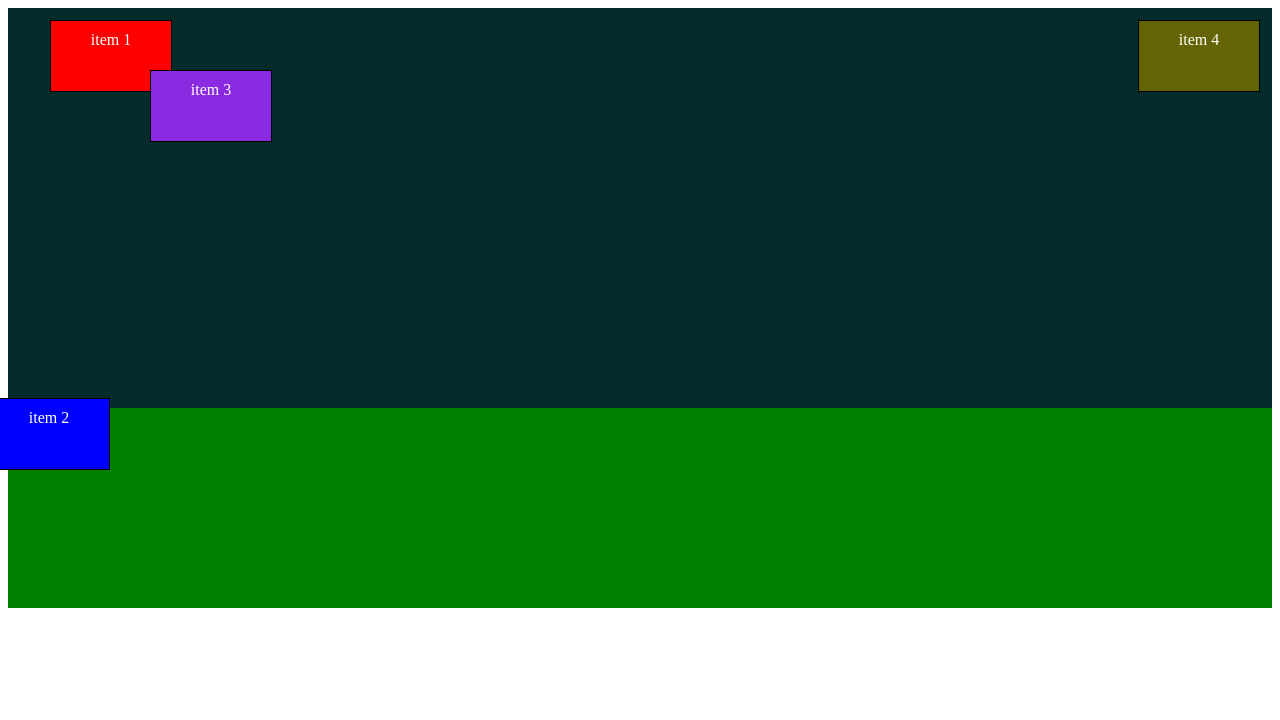
Repository: nmaury/TpsCambodge
Page: InternetProgramming/Css/sample.html
These files come from the project's save history. The page is drawn as it stood at one moment and after the next save; the edit follows.
The browser window is 1280 px wide. The pictures show the whole page.

Above is the page before, as saved 2022-12-06 02:49:27.

### InternetProgramming/Css/sample.html
<!DOCTYPE html>
<html>
<head>
    <link rel="stylesheet" href="sample.css">
</head>
<body>
    <div class = "grand-parent">
    <div class="parent">
        <div class="item item1">item 1
        </div>
        <div class="item item3">item 3
        </div>
        <div class="item item4">item 4
        </div>
    </div>
    <div class="parent2">
        <div class="item item2">item 2
        </div>
    </div>
</div>
</body>
</html>

### InternetProgramming/Css/sample.css
.item{
    background-color: rgb(100,100,4);
    padding : 10px;
    width: 100px;
    height: 50px;
    color: white;
    text-align: center;
    position: absolute;
    border: 1px solid black;
}
.item1{
    background-color: red;
    left: 50px;
    top: 20px;
}
.item2{
    background-color: blue;
    right: 20px;
    bottom: 10px;
    position: relative;
    align-self: flex-end;
}
.item3{
    background-color: blueviolet;
    left: 150px;
    top: 70px;
}
.item4{
    position: fixed;
    right: 20px;
    top: 20px;
}
.parent{
    background-color: rgb(6,43,43);
    width: 100%;
    height: 400px;
}
.parent2{
    background-color: green;
    width: 100%;
    height: 200px;
}

After the next save:
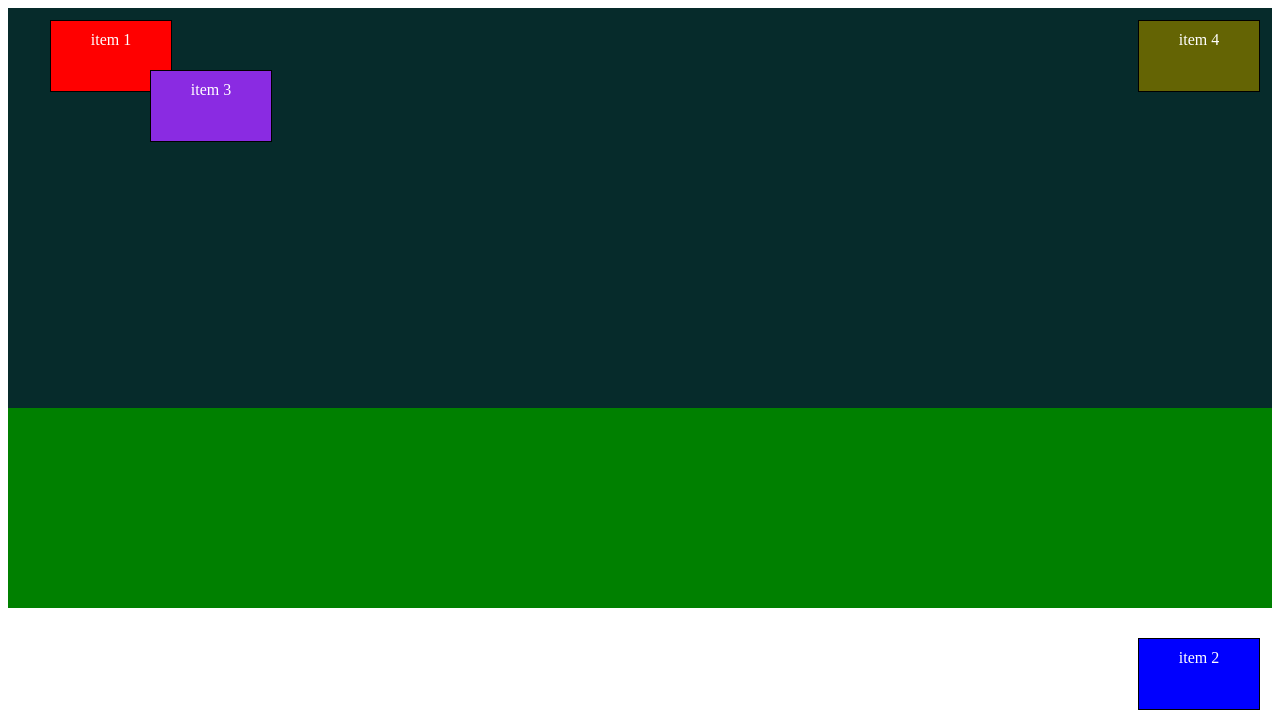
Saved 9 s later.
--- a/InternetProgramming/Css/sample.css
+++ b/InternetProgramming/Css/sample.css
@@ -17,7 +17,7 @@
     background-color: blue;
     right: 20px;
     bottom: 10px;
-    position: relative;
+    position: flex;
     align-self: flex-end;
 }
 .item3{
